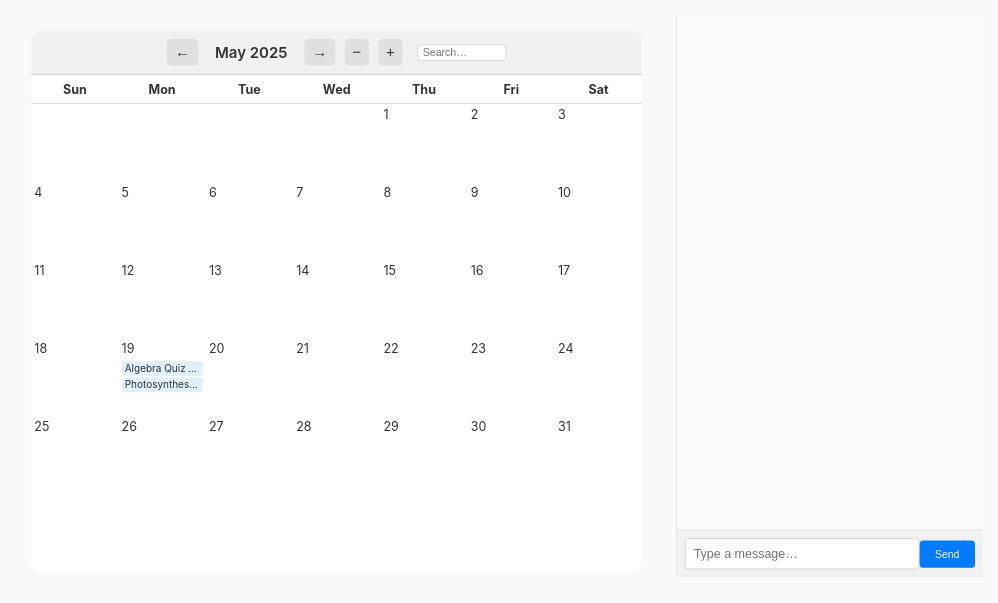
Repository: saifg123/Peer
Page: app.html
An editor plug-in stored every save of this project. The page is shown before and after the next save, followed by the edit.
The browser window is 1280 px wide. The pictures show the whole page, at 78% of full size.

Above is the page before, as saved 2025-05-19 13:09:12.

### app.html
<!DOCTYPE html>
<html lang="en">
<head>
  <meta charset="UTF-8" />
  <meta name="viewport" content="width=device-width, initial-scale=1.0"/>
  <title>Peer Calendar</title>
  <link rel="stylesheet" href="stylesapp.css" />
</head>
<body>
  <div class="app-container">
    <!-- Calendar Panel -->
    <div class="calendar-app">
      <div id="calendar-controls">
        <!-- your existing controls -->
        <button id="prev">&larr;</button>
        <div id="view-label">Month</div>
        <button id="next">&rarr;</button>
        <button id="zoom-out">−</button>
        <button id="zoom-in">+</button>
        <input id="event-search" placeholder="Search…" />


      </div>
      <div id="calendar-view"></div>

      <div id="calendar"></div>
    </div>
<div id="event-modal" class="hidden">
  <!-- Inside your modal -->
<button id="save-note">Add Note</button>
<textarea id="noteInput" rows="6" placeholder="Write your note here..."></textarea>
  <div id="event-modal-content">
    <div id="event-modal-header">
      <span id="event-modal-date"></span>
      <button id="event-modal-close">&times;</button>
    </div>
    <textarea id="event-modal-text" placeholder="Add a note..."></textarea>
    <button id="event-modal-save">Save</button>
  </div>
</div>


    <!-- Chat Panel (unchanged) -->
    <div class="chatbox">
      <div id="chat-messages" class="chat-messages"></div>
      <div class="chat-input-area">
        <input type="text" id="chat-input" placeholder="Type a message…" />
        <button id="chat-send">Send</button>
        <style>
          .app-container {
            display: flex;
            flex-direction: row;
            align-items: flex-start;
          }
          .calendar-app {
            flex: 2;
            min-width: 0;
          }
          .chatbox {
            flex: 1;
            min-width: 300px;
            max-width: 400px;
            margin-left: 24px;
            background: #fafafa;
            border-left: 1px solid #e0e0e0;
            height: 100vh;
            display: flex;
            flex-direction: column;
            position: sticky;
            top: 0;
          }
          .chat-messages {
            flex: 1;
            overflow-y: auto;
            padding: 16px;
            display: flex;
            flex-direction: column;
            gap: 10px;
          }
          .chat-message {
            max-width: 70%;
            padding: 10px 14px;
            border-radius: 16px;
            margin-bottom: 4px;
            word-break: break-word;
            display: inline-block;
            clear: both;
          }
          .chat-message.sent {
            align-self: flex-end;
            background: #007bff;
            color: #fff;
            border-bottom-right-radius: 4px;
            border-bottom-left-radius: 16px;
          }
          .chat-message.received {
            align-self: flex-start;
            background: #e4e6eb;
            color: #222;
            border-bottom-left-radius: 4px;
            border-bottom-right-radius: 16px;
          }
          .chat-input-area {
            display: flex;
            justify-content: space-between;
            align-items: center;
            padding: 10px;
            background-color: #f1f1f1;
          }
          #chat-input {
            width: 80%;
            padding: 10px;
            border-radius: 5px;
            border: 1px solid #ccc;
          }
          #chat-send {
            padding: 10px 20px;
            background-color: #007bff;
            color: white;
            border: none;
            border-radius: 5px;
            cursor: pointer;
          }
          #chat-send:hover {
            background-color: #0056b3;
          }
        </style>
      </div>
    </div>
  </div>
  <script src="script.js"></script>
</body>
</html>

### stylesapp.css
/* Base */
body {
  margin: 0;
  font-family: -apple-system, BlinkMacSystemFont, sans-serif;
  background: #f9f9f9;
  color: #333;
}
.calendar-app {
  max-width: 900px;
  margin: 20px 0 20px 20px;
  /* ✨ Rounded outer container */
  border-radius: 12px;
  background: #fff;           /* ensure bgcolor behind rounded edges */
  overflow: hidden;
}

/* Controls */
#calendar-controls {
  display: flex;
  align-items: center;
  justify-content: center;
  gap: 12px;
  padding: 10px;
  background: #f1f1f1;
  border-bottom: 1px solid #ddd;
}
#calendar-controls button {
  font-size: 1.2em;
  padding: 6px 10px;
  background: #e0e0e0;
  color: #333;
  border: none;
  border-radius: 6px;
  cursor: pointer;
}
#calendar-controls button:hover {
  background: #d0d0d0;
}
#view-label {
  font-size: 1.2em;
  font-weight: 600;
  margin: 0 10px;
}

/* Transition wrapper */
.calendar-view {
  opacity: 1;
  transform: scale(1);
  transition: opacity 0.3s, transform 0.3s;
}
.calendar-view.transitioning {
  opacity: 0;
  transform: scale(0.98);
}

/* ========== DAY VIEW ========== */
.day-grid {
  display: grid;
  grid-template-rows: repeat(24, 40px);
  border-left: 1px solid #ccc;
  position: relative;
}
.day-cell {
  border-top: 1px solid #eee;
  padding-left: 50px;
  position: relative;
  display: flex;
  flex-direction: column;
  justify-content: flex-start;
  overflow-y: auto;
  padding: 2px;
  transition: background 0.2s;
}


.day-cell span {
  position: absolute;
  left: 0;
  top: 0;
  font-size: 12px;
  color: #888;
}

/* ========== WEEK VIEW ========== */
.week-grid {
  display: flex;
  flex-direction: column;
}
.week-labels {
  display: grid;
  grid-template-columns: repeat(7, 1fr);
  background: #fafafa;
  border-bottom: 1px solid #ccc;
}
.week-label {
  text-align: center;
  padding: 8px 0;
  font-weight: bold;
}
.week-row {
  display: grid;
  grid-template-columns: repeat(7, 1fr);
  height: 45px; /* Or whatever height you want for each day */
}

.week-cell {
  border: 1px solid #eee;
  position: relative;
  padding: 2px;
  display: flex;
  flex-direction: column;
  align-items: flex-start;
  overflow-y: auto;
  transition: background 0.2s;
}



/* ========== MONTH VIEW ========== */
.month-grid {
  display: grid;
  grid-template-columns: repeat(7, 1fr);
  border-top: 1px solid #ccc;
}
.month-labels {
  display: contents;
}
.month-label {
  text-align: center;
  font-weight: bold;
  padding: 8px 0;
  border-bottom: 1px solid #ccc;
}
.month-row {
  display: contents;
}
.month-cell {
  height: 100px; /* or whatever height you want */
  overflow: hidden;
  display: flex;
  flex-direction: column;
  padding: 4px;
  box-sizing: border-box;
}

.month-cell .event-item {
  align-self: flex-start; /* assignment goes under the date */
}

.month-cell.empty {
  background: #f9f9f9;
  color: #ccc;
}



/* ========== MULTI‐MONTH (Quarter/Semester/Year) ========== */
.multi-month-grid {
  display: grid;
  grid-template-columns: repeat(auto-fit, minmax(220px,1fr));
  gap: 20px;
  padding: 20px;
}
.month-tile {
  background: #fff;
  border: 1px solid #ddd;
  border-radius: 10px;
  padding: 10px;
  position: relative;
  box-shadow: 0 1px 3px rgba(0,0,0,0.1);
}
.month-title {
  text-align: center;
  font-weight: 600;
  margin-bottom: 8px;
}
.month-weekdays {
  display: grid;
  grid-template-columns: repeat(7,1fr);
  font-size: 0.8em;
  font-weight: bold;
  text-align: center;
  color: #555;
  margin-bottom: 4px;
}
.month-days {
  display: grid;
  grid-template-columns: repeat(7,1fr);
  text-align: center;
}
.day {
  padding: 4px 0;
  font-size: 0.85em;
  /* ✨ Rounded mini‐cells + hover */
  border-radius: 4px;
  transition: background 0.2s;
}
.empty { visibility: hidden; }
.day:hover {
  background: #e6f7ff;
}
.day.highlight {
  background-color: #ffeb3b;
  font-weight: bold;
  border: 2px solid #f57c00;
  border-radius: 4px;
}
/* === Flex container for calendar + chat === */
.app-container {
  display: flex;
  gap: 20px;
  padding: 20px;
}



.chat-messages {
  flex: 1;
  padding: 10px;
  overflow-y: auto;
}

.chat-message {
  margin-bottom: 8px;
  padding: 6px 10px;
  border-radius: 8px;
  max-width: 80%;
}

.chat-message.user {
  background: #e0f7fa;
  align-self: flex-end;
}

.chat-message.bot {
  background: #f1f1f1;
  align-self: flex-start;
}

.chat-input-area {
  display: flex;
  border-top: 1px solid #ddd;
}

#chat-input {
  flex: 1;
  border: none;
  padding: 10px;
  font-size: 1em;
  outline: none;
}

#chat-send {
  border: none;
  background: #007aff;
  color: white;
  padding: 0 20px;
  cursor: pointer;
}
#chat-send:hover {
  background: #005ec2;
}
#event-search {
  margin-left: 0.5em;
  padding: 2px 6px;
  font-size: 0.85em;
  border: 1px solid #ccc;
  border-radius: 4px;
  width: 100px;
}
#event-modal {
  position: fixed;
  top: 0; left: 0;
  width: 100vw; height: 100vh;
  background: rgba(0, 0, 0, 0.4);
  display: flex;
  align-items: center;
  justify-content: center;
  z-index: 999;
}

#event-modal.hidden {
  display: none;
}

#event-modal-content {
  background: white;
  padding: 1em;
  border-radius: 6px;
  width: 300px;
  box-shadow: 0 2px 10px rgba(0,0,0,0.2);
  display: flex;
  flex-direction: column;
}

#event-modal-header {
  display: flex;
  justify-content: space-between;
  align-items: center;
  margin-bottom: 0.5em;
}

#event-modal-header span {
  font-weight: bold;
}

#event-modal-close {
  background: none;
  border: none;
  font-size: 1.2em;
  cursor: pointer;
}

#event-modal-text {
  width: 180px;
  height: 40px;
  font-size: 0.9em;
  resize: none;
  margin-bottom: 0.5em;
  padding: 4px;
}

/* Align the Add Note button to the right of the day header */
.day-header {
  display: flex;
  justify-content: space-between;
  align-items: center;
}
#open-note-day {
  font-size: 0.9em;
  padding: 4px 8px;
  border: none;
  background: #007aff;
  color: white;
  border-radius: 4px;
  cursor: pointer;
}
#open-note-day:hover {
  background: #005ec2;
}


/* Style the note banner under the header */
.note-banner {
  background: #fffae6;
  color: #333;
  padding: 4px 8px;
  margin: 4px 0;
  border: 1px solid #ffd54f;
  border-radius: 4px;
  cursor: grab;
  user-select: none;
}

/* When dragging */
.note-banner:active {
  opacity: 0.6;
}

/* Allow dropping into hour slots */
.day-cell {
  position: relative;
}
.day-cell.drag-over {
  background: #e0ffe0;
}
/* Force the modal textarea to be small */
#event-modal-text {
  width: 180px !important;
  height: 40px !important;
  min-height: 0 !important;
  resize: none !important;
  font-size: 0.9em;
  padding: 4px;
  box-sizing: border-box;
}
/* Day-view cells */
.day-cell {
  /* your existing rules… */
  transition: background 0.2s;
}
.day-cell:hover {
  background: #e6f7ff;
}

/* Week-view cells */
.week-cell {
  /* your existing rules… */
  transition: background 0.2s;
}
.week-cell:hover {
  background: #e6f7ff;
}

/* Month-view cells */
.month-cell {
  /* your existing rules… */
  transition: background 0.2s;
}
.month-cell:hover {
  background: #e6f7ff;
}
.note-banner {
  background: #e8f0fe;
  border-left: 4px solid #4285f4;
  padding: 4px 6px;
  margin: 4px 0;
  font-size: 0.85em;
  border-radius: 4px;
}
.event-item {
  font-size: 0.8em;
  background: #e0f0ff;
  margin: 2px 0;
  padding: 2px 4px;
  border-radius: 3px;
  white-space: nowrap;
  overflow: hidden;
  text-overflow: ellipsis;
}

.month-events {
  flex: 1;
  overflow-y: auto;
  margin-top: 4px;
}


.month-cell {
  display: flex;
  flex-direction: column;
  padding: 4px;
  box-sizing: border-box;
}
.note-banner {
  background: #fffdc4;
  border-left: 4px solid #f0c000;
  padding: 4px 8px;
  margin-top: 4px;
  font-size: 0.9em;
  border-radius: 4px;
}
.smooth-dragging {
  position: absolute;
  z-index: 10000;
  pointer-events: none;
  background: #ffe478;
  padding: 10px 14px;
  border-radius: 8px;
  box-shadow: 0 6px 16px rgba(0, 0, 0, 0.3);
  transform: rotate(-2deg) scale(1.05);
  animation: wobble-float 0.5s infinite ease-in-out;
}

@keyframes wobble-float {
  0%   { transform: rotate(-2deg) translateY(0); }
  50%  { transform: rotate(-3deg) translateY(-3px); }
  100% { transform: rotate(-2deg) translateY(0); }
}

.note-banner.drop-bounce {
  animation: drop-bounce 0.3s ease-out;
}

@keyframes drop-bounce {
  0%   { transform: scale(1.1) translateY(-4px); }
  100% { transform: scale(1) translateY(0); }
}

Loaded but not shown: script.js (589 lines, source omitted)

After the next save:
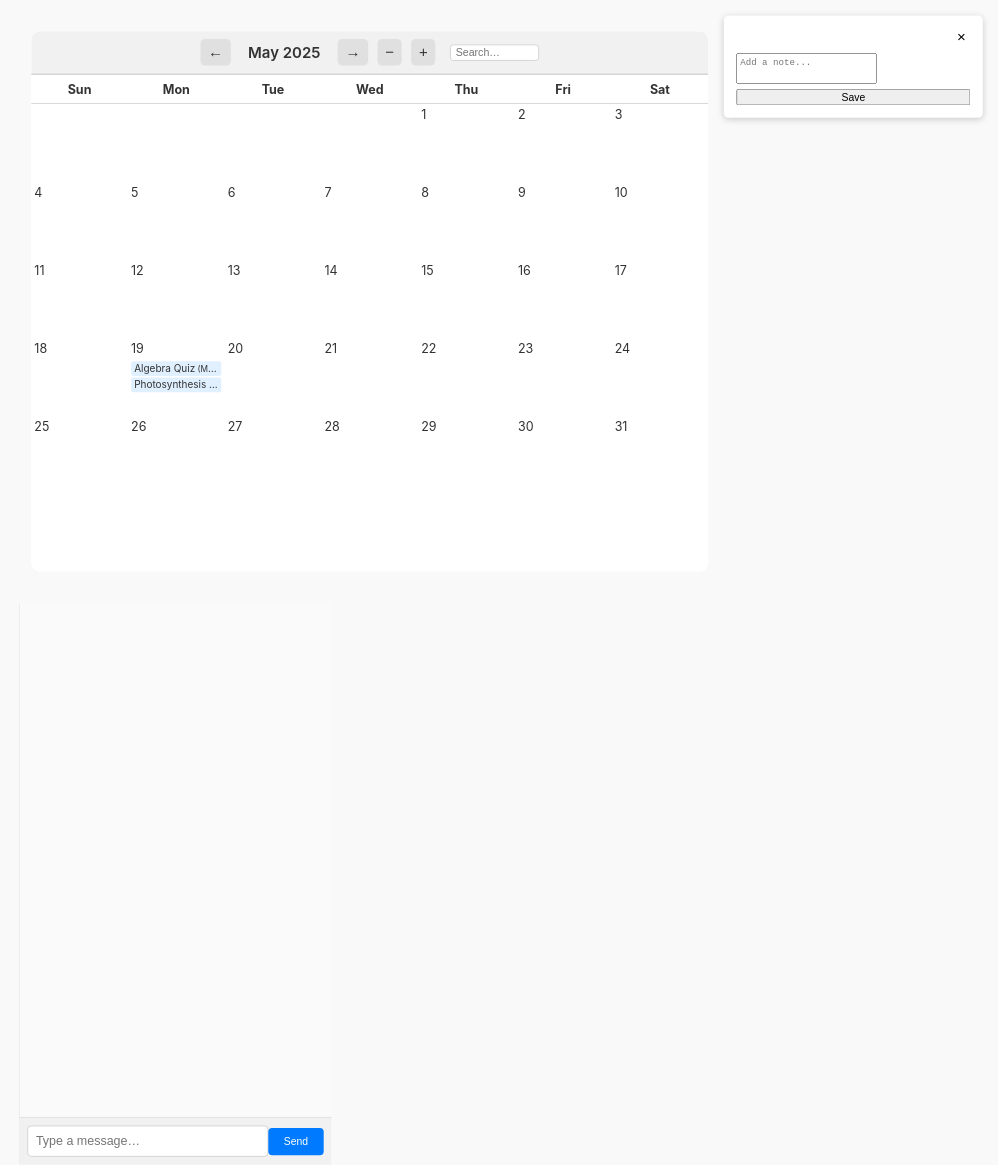
Saved 5 min 26 s later.
--- a/app.html
+++ b/app.html
@@ -25,10 +25,7 @@
 
       <div id="calendar"></div>
     </div>
-<div id="event-modal" class="hidden">
-  <!-- Inside your modal -->
-<button id="save-note">Add Note</button>
-<textarea id="noteInput" rows="6" placeholder="Write your note here..."></textarea>
+
   <div id="event-modal-content">
     <div id="event-modal-header">
       <span id="event-modal-date"></span>

After the save that followed:
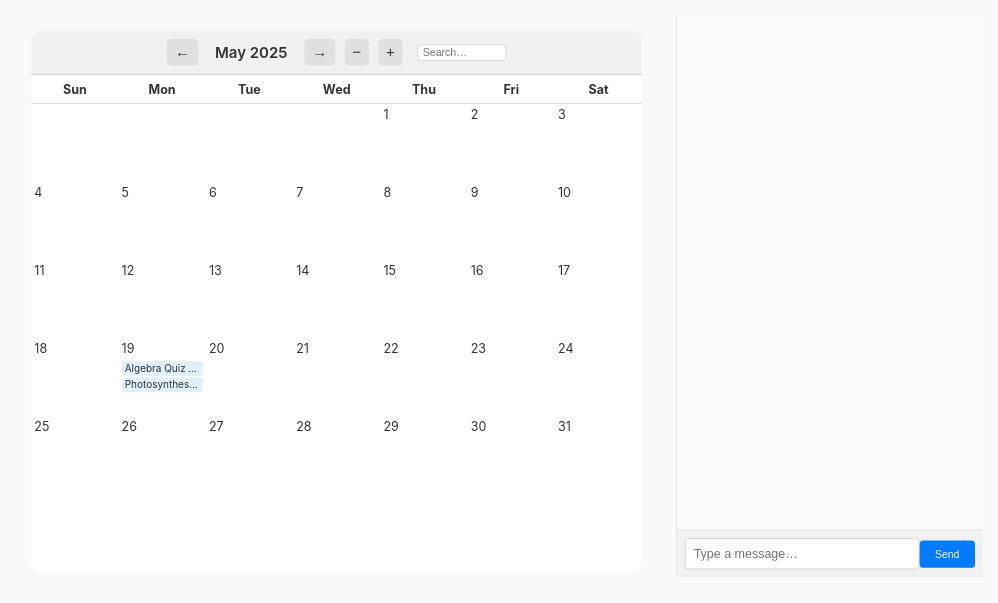
Saved 13 s later.
--- a/app.html
+++ b/app.html
@@ -25,7 +25,10 @@
 
       <div id="calendar"></div>
     </div>
-
+<div id="event-modal" class="hidden">
+  <!-- Inside your modal -->
+<button id="save-note">Add Note</button>
+<textarea id="noteInput" rows="6" placeholder="Write your note here..."></textarea>
   <div id="event-modal-content">
     <div id="event-modal-header">
       <span id="event-modal-date"></span>
